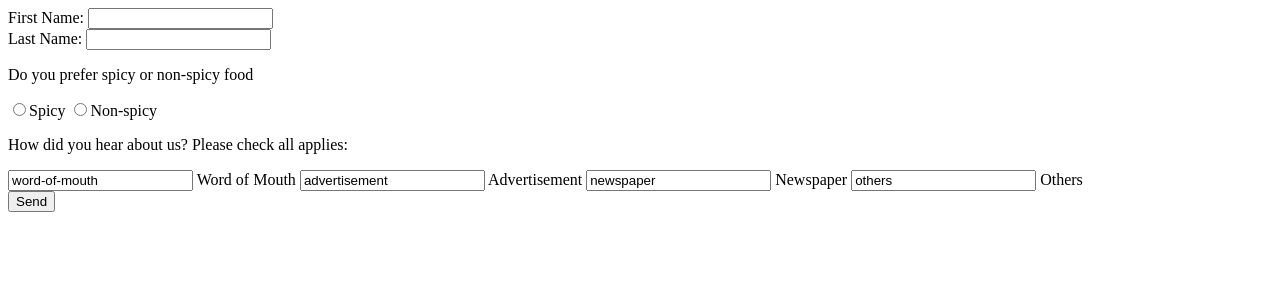
Repository: kunxin-chor/python-flask-form-processing
Page: templates/survey.template.html
The author's editor kept a record of every edit. The page is drawn from the files as they stood at one moment, then again after the next edit.
The browser window is 1280 px wide. The pictures show the whole page.
The page is served by the project's application, run on Flask 3 (run.py). The template is opened directly, without the code that normally fills it, so the values that code supplies are empty.

Above is the page before.

### templates/survey.template.html
<!DOCTYPE html>
<html lang="en">
<head>
    <meta charset="UTF-8">
    <meta name="viewport" content="width=device-width, initial-scale=1.0">
    <meta http-equiv="X-UA-Compatible" content="ie=edge">
    <title>Document</title>
</head>
<body>
    <form method="POST">
        <div>
            <label>First Name:</label>
            <input type='text' name='first-name'/>
        </div>
        <div>
            <label>Last Name:</label>
            <input type='text' name='last-name'/>
        </div>
        <div>
            <p>Do you prefer spicy or non-spicy food</p>
            <input type='radio' name='prefer-spicy' value='spicy'/><label>Spicy</label>
            <input type='radio' name='prefer-spicy' value='non-spicy'/><label>Non-spicy</label>
        </div>
        <div>
            <p>How did you hear about us? Please check all applies:</p>
            <input type='check' name='heard-about' value='word-of-mouth'>
            <label>Word of Mouth</label>

            <input type='check' name='heard-about' value='advertisement'>
            <label>Advertisement</label>

            <input type='check' name='heard-about' value='newspaper'>
            <label>Newspaper</label>

            <input type='check' name='heard-about' value='others'>
            <label>Others</label>

        </div>
        <input type='submit' value='Send'/>
    </form>
</body>
</html>

### run.py
# From the flask module, import an object named Flask
from flask import Flask, render_template, request

# adding in functionality to access the operating system
import os

app = Flask(__name__)

@app.route('/hello')
def foobar():
    return render_template("hello.html")

@app.route('/greet_the_person', methods=['POST'])
def process_form():
    print(request.form)
    n = request.form.get('person_name')
    age = request.form.get('age')
    return "Hi, {}, welcome to the website!".format(n)


# @app.route('/hello', methods=['GET', 'POST'])
# def foobar():
#     if request.method == 'GET':
#         return render_template("hello.html")
#     elif request.method == 'POST':
#         print(request.form)
#         n = request.form.get('person_name')
#         age = request.form.get('age')
#         return "Hi, {}, welcome to the website".format(n)

# "magic code" -- boilerplate
if __name__ == '__main__':
    app.run(host=os.environ.get('IP'),
            port=int(os.environ.get('PORT')),
            debug=True)

After the next edit:
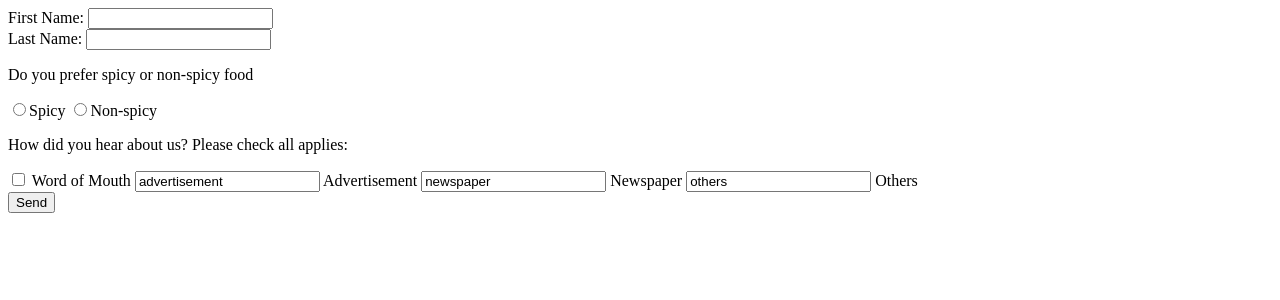
The edit:
--- a/templates/survey.template.html
+++ b/templates/survey.template.html
@@ -23,7 +23,7 @@
         </div>
         <div>
             <p>How did you hear about us? Please check all applies:</p>
-            <input type='check' name='heard-about' value='word-of-mouth'>
+            <input type='checkbox' name='heard-about' value='word-of-mouth'>
             <label>Word of Mouth</label>
 
             <input type='check' name='heard-about' value='advertisement'>
